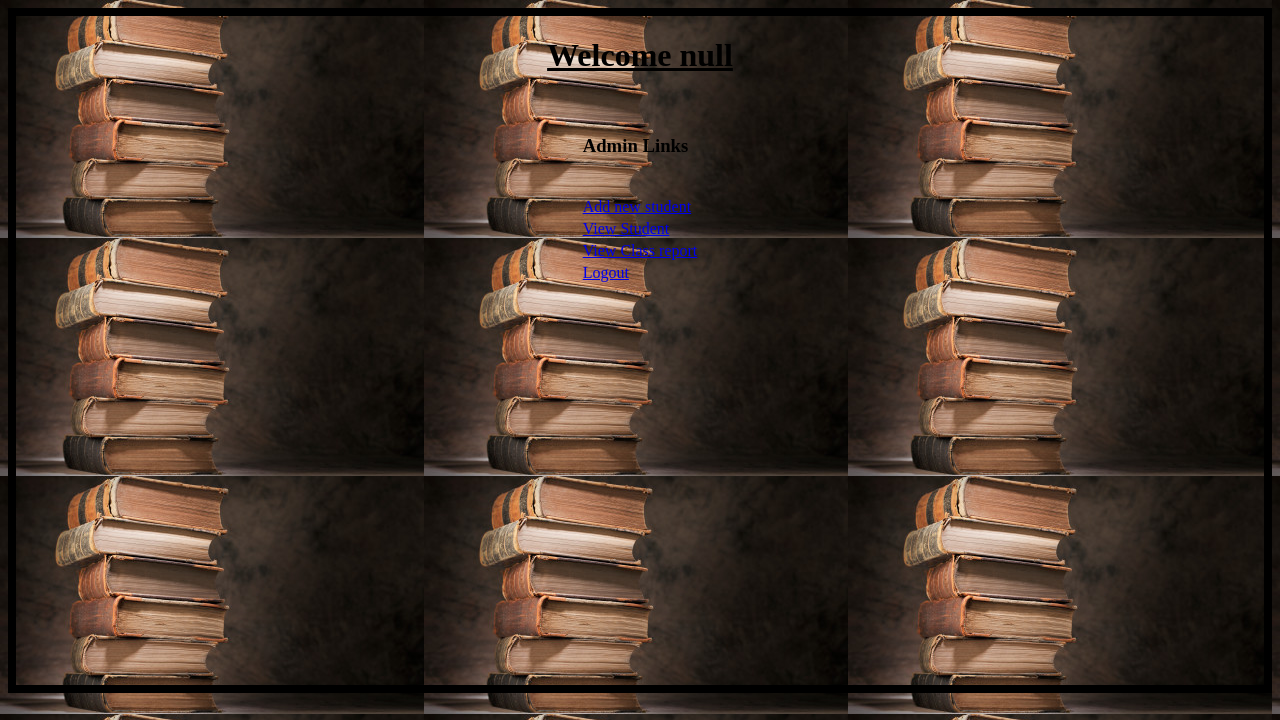
Repository: priyankagit8692/Phase_2_SimpliLearn-
Page: http://localhost/LearnerAcademyProject/MainHomePage.jsp
These files come from the project's save history. The page is drawn as it stood at one moment and after the next save; the edit follows.
The browser window is 1280 px wide. The pictures show the whole page.
The page is served by Tomcat 9.

Above is the page before, as saved 2021-03-20 08:36:18.

After the next save:
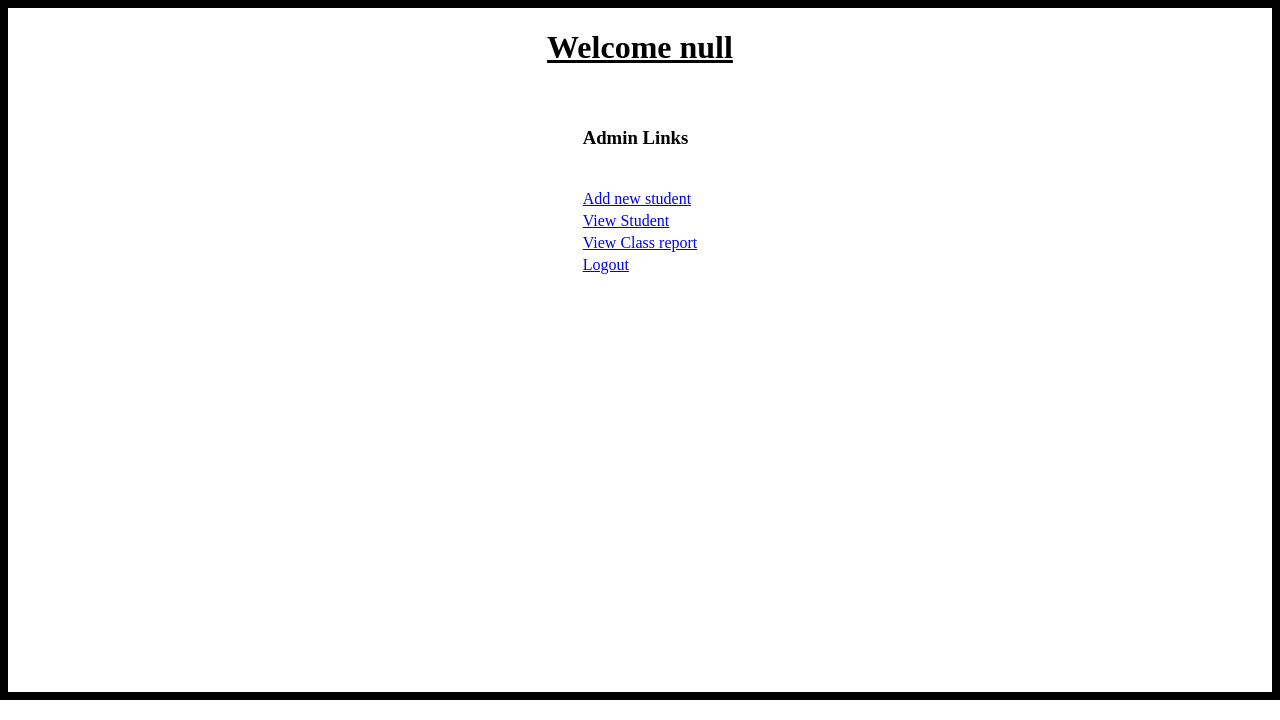
Saved 2 min 49 s later.
--- a/FinalProjectPhase2/LearnerAcademyProject/WebContent/MainHomePage.jsp
+++ b/FinalProjectPhase2/LearnerAcademyProject/WebContent/MainHomePage.jsp
@@ -2,11 +2,25 @@
 <html>
 <head>
     <title>Home Page</title>
+<style>
+	body, html {
+	  height: 100%;
+	  margin: 0;
+	}
+
+	.bg {
+
+	  background-image: "images/learner.jpg";
+	  height: 100%;
+	  background-position: center;
+	  background-repeat: no-repeat;
+	  background-size: cover;
+	}
+</style>
 </head>
-<body background = "images/learner.jpg"  background-repeat="no-repeat"
-  background-size= "100px" "100px">
+<body >
 
-<div align='center' style='border: solid 8px black; height: 95%'>
+<div class="bg" align='center' style='border: solid 8px black; height: 95%'>
     <u><h1>Welcome <%= session.getAttribute("name")%></h1></u>
     <br><br>
     <table>

After the 2 saves that followed:
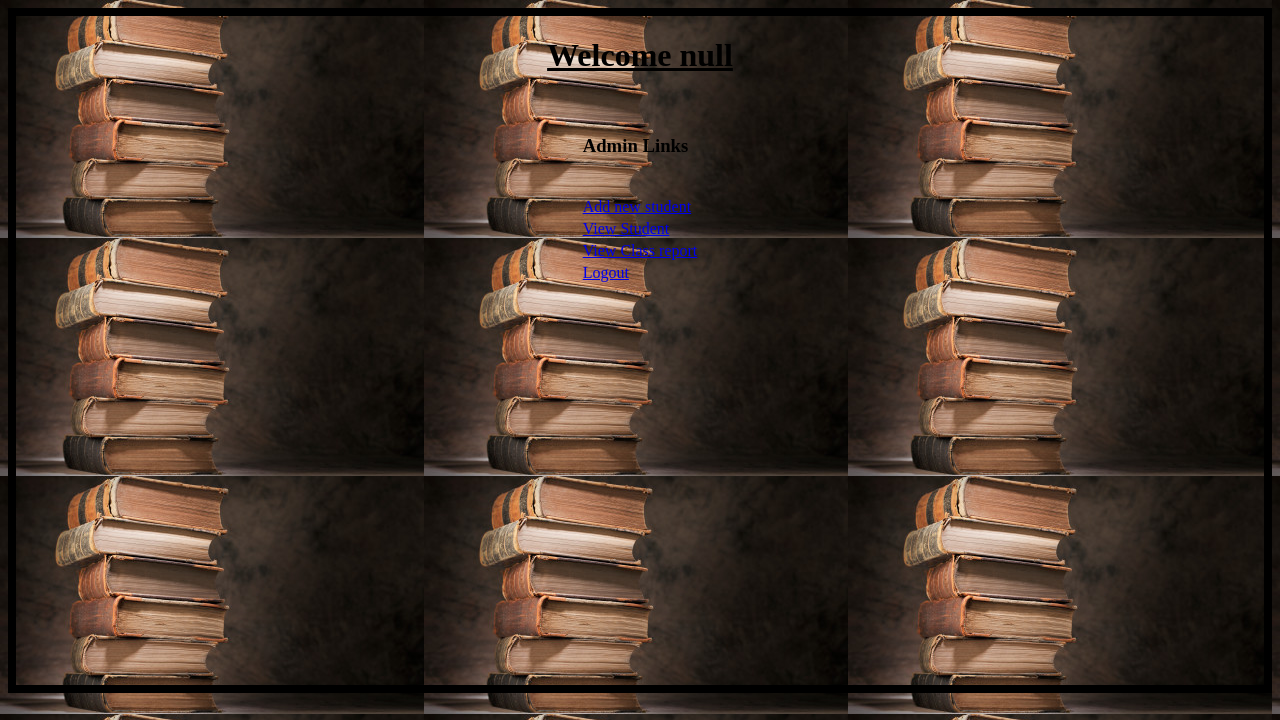
The 2 saves are shown as one change because 1 left the picture as it was.
The last was saved 50 s later.
--- a/FinalProjectPhase2/LearnerAcademyProject/WebContent/MainHomePage.jsp
+++ b/FinalProjectPhase2/LearnerAcademyProject/WebContent/MainHomePage.jsp
@@ -2,25 +2,11 @@
 <html>
 <head>
     <title>Home Page</title>
-<style>
-	body, html {
-	  height: 100%;
-	  margin: 0;
-	}
+</head>
+<body background = "images/learner.jpg"  background-repeat="no-repeat"
+  background-size= "100px" "100px">
 
-	.bg {
-
-	  background-image: "images/learner.jpg";
-	  height: 100%;
-	  background-position: center;
-	  background-repeat: no-repeat;
-	  background-size: cover;
-	}
-</style>
-</head>
-<body >
-
-<div class="bg" align='center' style='border: solid 8px black; height: 95%'>
+<div align='center' style='border: solid 8px black; height: 95%'>
     <u><h1>Welcome <%= session.getAttribute("name")%></h1></u>
     <br><br>
     <table>
